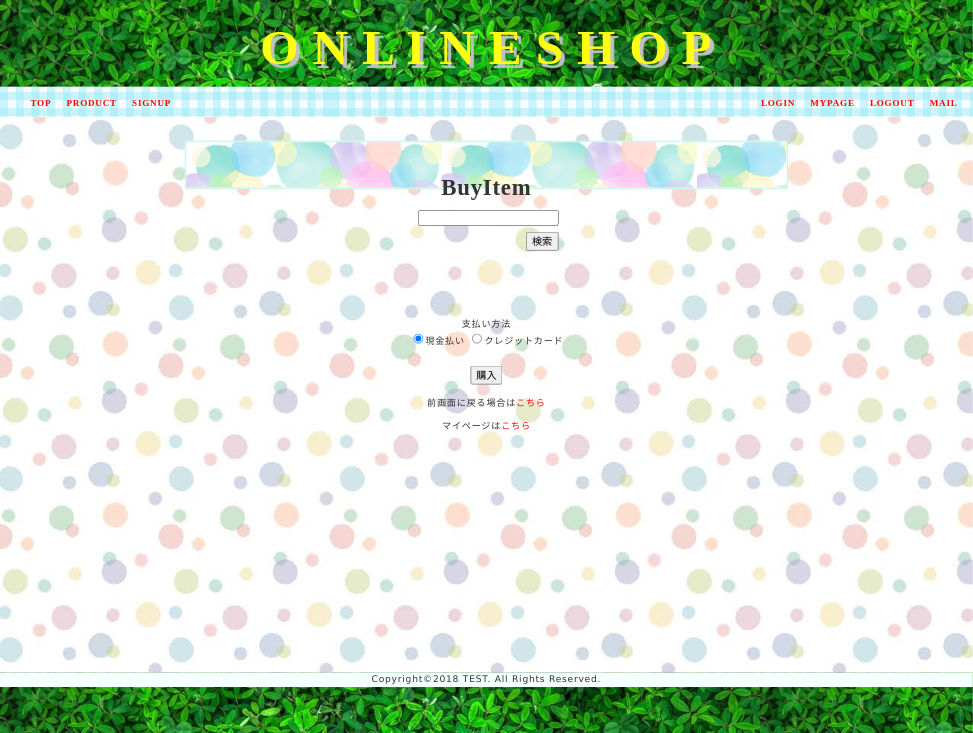
Repository: rt-1217/j2
Page: http://localhost/ecsite01/buyItem.jsp
The author's editor kept a copy of each file at every save. The page is drawn from the files as they stood at one save, then again after a run of saves.
The browser window is 1280 px wide. The pictures show the whole page, at 76% of full size.
Backgrounds fixed to the window are drawn as part of the page. Some web fonts or font styles are not loaded; a fallback is used. The page is served by Tomcat 9. Other server files are loaded and not shown.

Above is the page before, as saved 2018-05-30 06:28:34.

### ecsite01/WebContent/buyItem.jsp
<%@ page language="java" contentType="text/html; charset=UTF-8"
    pageEncoding="UTF-8"%>
    <%@ taglib prefix="s" uri="/struts-tags" %>
<!DOCTYPE html PUBLIC "-//W3C//DTD HTML 4.01 Transitional//EN" "http://www.w3.org/TR/html4/loose.dtd">
<html>
<head>
<meta http-equiv="Content-Type" content="text/html; charset=UTF-8">
<meta http-equiv="Content-Type" content="text/html; charset=utf-8" />
<meta http-equiv="Content-Style-Type" content="text/css" />
<meta http-equiv="Content-Script-Type" content="text/javascript" />
<meta http-equiv="imagetoolbar" content="no" />
<meta name="description" content="" />
<meta name="keywords" content="" />


<!-- CSSの読み込み -->
<link rel="stylesheet" type="text/css" href="./css/basis.css">
<link rel="stylesheet" type="text/css" href="./css/table.css">

<title>BuyItem画面</title>
</head>

<body>
<s:include value="header.jsp"/>

<div id="main">
<div id="top">
<p>BuyItem</p>
</div>

<!-- 商品検索機能 -->
<div>
<s:form action="ItemSearchAction">
<tr>
<td>
<s:textfield name="searchWord" value=""/>
</td>
<td>
<s:submit value="検索"/>
</td></tr>
</s:form>
<s:if test="message !=''">
<h3><s:property value="message" escape="false"/></h3>
</s:if>



<!-- 商品テーブル -->
<table>

<s:form action="BuyItemAction">
<dl class ="dl-list">
<s:iterator value="#session.buyItemDTOList">

<dd class="dd-list">

<img class="image" style="width:230px; height:150px;" src="<s:property value='image_file_path'/>" >
<br>


<h3><s:property value="itemName"/></h3>




<span>値段：</span>

<s:property value="itemPrice" /><span>円</span>

<span>在庫：</span>


<s:if test="item_stock>0">
<s:property value="item_stock"/>
</s:if>
<s:else>
<span>品切れ</span>
</s:else>


<br>



<span>購入個数</span>
<s:if test="item_stock>0">
<select name="count">
<option value="0" selected="selected">0</option>
<option value="1">1</option>
<option value="2">2</option>
<option value="3">3</option>
<option value="4">4</option>
<option value="5">5</option>
</select>
</s:if>
<s:else>
<select name="count">
<option value="0" selected="selected">0</option>


</select></s:else>

</dd>
</s:iterator>
</dl>


<div class="clear"></div>

<div class="pay-push"></div>
<span>支払い方法</span><br>

<input type="radio" name="pay" value="1" checked="checked">現金払い
<input type="radio" name="pay" value="2" >クレジットカード

<br><br>
<s:submit value="購入"/>


</s:form>

</table>

<div>
<p>前画面に戻る場合は<a href='<s:url action="GoHomeAction" />'>こちら</a></p>
<p>マイページは<a href='<s:url action="MyPageAction" />'>こちら</a></p>
</div>




</div>

</div>




<s:include value="footer.jsp"/>









</body>
</html>

### ecsite01/WebContent/header.jsp
<%@ page language="java" contentType="text/html; charset=UTF-8"
    pageEncoding="UTF-8"%>
        <%@ taglib prefix="s" uri="/struts-tags" %>
<!DOCTYPE html PUBLIC "-//W3C//DTD HTML 4.01 Transitional//EN" "http://www.w3.org/TR/html4/loose.dtd">
<html>
<head>
<meta http-equiv="Content-Type" content="text/html; charset=UTF-8">
<meta http-equiv="Content-Style-Type" content="text/css" />
<meta http-equiv="Content-Script-Type" content="text/javascript" />
<meta http-equiv="imagetoolbar" content="no" />
<meta name="description" content="" />
<meta name="keywords" content="" />
<!-- CSSの読み込み -->
<link rel="stylesheet" type="text/css" href="./css/basis.css">
<link rel="stylesheet" type="text/css" href="./css/table.css">
<style>
@import url('https://fonts.googleapis.com/css?family=Press+Start+2P');
</style>
<link href="https://fonts.googleapis.com/css?family=Mystery+Quest" rel="stylesheet">


<title>Header</title>
</head>
<body>


<div id="header">
<div class="header-logo">O N L I N E   S H O P </div>

<div class="top-menu">

<div class="left-list">
<ul class="top-li">
<li><a href='<s:url action="GoHomeAction"/>'>TOP</a></li>
<li><a href='<s:url action="ProductPageAction"/>'>PRODUCT</a></li>
<li><a href='<s:url action="UserCreateAction"/>'>SIGNUP</a></li>
</ul>
</div>

<div class="right-list">
<ul>
<li><a href='<s:url action="GoLoginAction"/>'>LOGIN</a></li>
<li><a href='<s:url action="MyPageAction"/>'>MYPAGE</a></li>
<li><a href='<s:url action="LogoutAction"/>'>LOGOUT</a></li>
<li><a href='<s:url action="InquiryAction"/>'>MAIL</a></li>
</ul>

</div>




</div>

</div>
</body>
</html>

### ecsite01/WebContent/footer.jsp
<%@ page language="java" contentType="text/html; charset=UTF-8"
    pageEncoding="UTF-8"%>
        <%@ taglib prefix="s" uri="/struts-tags" %>
<!DOCTYPE html PUBLIC "-//W3C//DTD HTML 4.01 Transitional//EN" "http://www.w3.org/TR/html4/loose.dtd">
<html>
<head>
<meta http-equiv="Content-Type" content="text/html; charset=UTF-8">
<meta http-equiv="Content-Style-Type" content="text/css" />
<meta http-equiv="Content-Script-Type" content="text/javascript" />
<meta http-equiv="imagetoolbar" content="no" />
<meta name="description" content="" />
<meta name="keywords" content="" />
<!-- CSSの読み込み -->
<link rel="stylesheet" type="text/css" href="./css/basis.css">
<link rel="stylesheet" type="text/css" href="./css/table.css">
<style>
@import url('https://fonts.googleapis.com/css?family=Press+Start+2P');
</style>
<link href="https://fonts.googleapis.com/css?family=Mystery+Quest" rel="stylesheet">
<title>Insert title here</title>
</head>
<body>




<div id="footer">
<div class="fotter-message">
Copyright©2018 TEST. All Rights Reserved.

</div>

</div>

</body>
</html>

### ecsite01/WebContent/css/basis.css
@CHARSET "UTF-8";

/* ========TAG LAYOUT======== */
body {
margin:0;
padding:0;
line-height:1.6;
letter-spacing:1px;
font-family:Verdana, Helvetica, sans-serif;
font-size:12px;
color:#333;
background:#fff;
background-image:url("../image/tama.jpg");
background-attachment: fixed;
/* background-size:contain; */
/* background-repeat: no-repeat; */


}
table {
text-align:center;
margin:0 auto;
}


/* ========ID LAYOUT======== */
#top {
width:780px;
height:50px;
margin:20px auto;
border:2px solid #d0f7ee;
background-image:url("../image/pastel2.jpg");
font-family: 'Mystery Quest', cursive;
font-size:30px;
font-weight: bold;
padding:5px;
}


/*リスト関係*/

ul{
	list-style:none;
}

li {
	font-family: 'Mystery Quest', cursive;
	float:left;
	margin-right:20px;
	font-weight: bolder;
}

/*---------------------------------------------------------------------------------------*/
/*リンク関係*/

/*色の指定*/
a:link { color: #ff0000; }
a:visited { color: #333; }
a:hover { color: #00ff00; background-color:rgba(230,200,193,0.5)}
a:active { color: #00ffff; }


/*リンクの下線を消す*/
a{
	text-decoration: none;
}

input#submit_button {
    padding: 15px 40px;
    font-size: 7em;
}




/*--------------------------------------------------------------------------*/
/*ヘッダー*/
#header {
width: 100%;
height: 100px;
top:0;
left:0;
/* position: fixed; */
margin-bottom:50px;
padding-bottom:15px;
/* background-color: black; */
background-image:url("../image/green.jpg");
}

/*サイトロゴ*/
.header-logo{
/* 	font-family: 'Press Start 2P', cursive; */
font-family: 'Mystery Quest', cursive;
	margin-bottm:20px;
	text-align:center;
	font-size:65px;
	padding-top:10px;
	color:#ffff11;
	font-weight:900;
	text-shadow: 5px 5px 1px #c0c0c0;
}

/*上部メニューリスト*/
.top-menu{
	height:40px;
	background-image:url("../image/mizuiro.jpg");
	width:auto;

}
.left-list{
	float:left;
}

.right-list{
	float:right;
}





/*--------------------------------------------------------------------------*/

#main {
width: 100%;
height: auto;
text-align: center;
display: flex;
  flex-direction: column;
  min-height: 100vh;
}


/*--------------------------------------------------------------------------*/
/*フッター*/

#footer {
width: 100%;
height: 80px;
background-color: black;
clear:both;
background-image:url("../image/green.jpg");
margin-top: auto;
position; absolute;
bottom:0;
}

.fotter-message{
	text-align:center;
	background:rgba(246, 255, 255, 1);
}


/*--------------------------------------------------------------------------*/
.red{
	color:red;
}
/*floatの解除*/
.clear{
	clear:both;
}

.pay-push{
	margin-top:70px;
}

### ecsite01/WebContent/css/table.css
@CHARSET "UTF-8";

.item-table{
	text-align:center;

}


.dl-list{
	margin:0px;
	padding:0px;
/* 	width:100%; */
}

.dd-list{
	width:31%;
	display:inline-block;
	background-image:url("../image/kicheck.jpg");
	background-color: rgba(226, 255, 225, 0.2);
 	font-size: 12px;
 	float:left;
	margin:0;
	padding:15px 0px;
	margin-left:2%;
	margin-bottom:20px;
}
.dd-list:last-child {
	margin-right: 0;
}

.button{
	margin:0 auto;
	text-align:center;
	width:100px;
	height:100px;
	 position: relative;
    display: inline-block;
    padding: 0.25em 0.5em;
    text-decoration: none;
    color: #FFF;
    background: #fd9535;/*色*/
    border-radius: 4px;/*角の丸み*/
    box-shadow: inset 0 2px 0 rgba(255,255,255,0.2), inset 0 -2px 0 rgba(0, 0, 0, 0.05);
    font-weight: bold;
    border: solid 2px #d27d00;/*線色*/

}

After the next 2 saves:
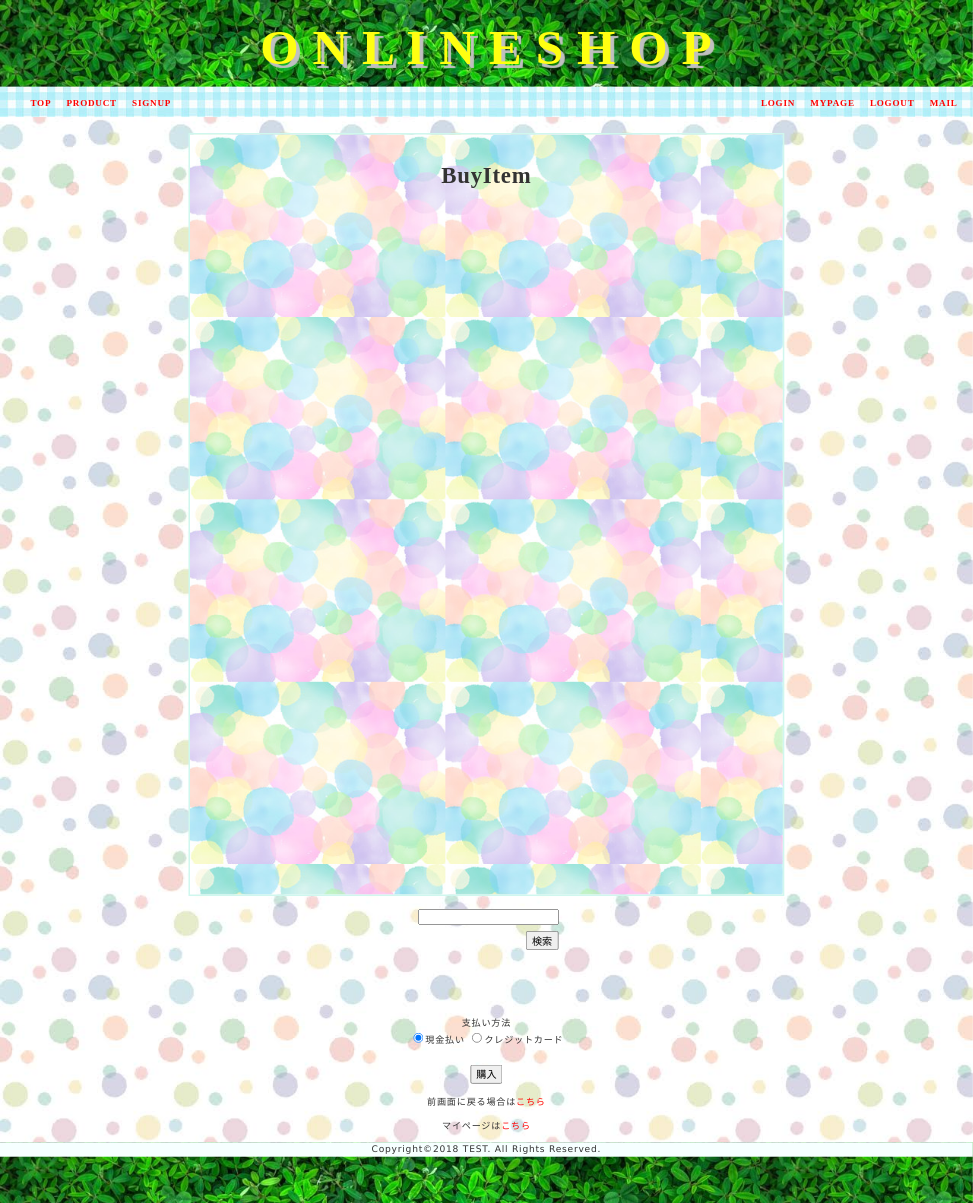
The 2 saves are shown as one change because they came seconds apart.
The last was saved 35 s later.
--- a/ecsite01/WebContent/css/basis.css
+++ b/ecsite01/WebContent/css/basis.css
@@ -26,14 +26,14 @@ margin:0 auto;
 /* ========ID LAYOUT======== */
 #top {
 width:780px;
-height:50px;
-margin:20px auto;
+height:1000px;
+margin:10px auto;
 border:2px solid #d0f7ee;
 background-image:url("../image/pastel2.jpg");
 font-family: 'Mystery Quest', cursive;
 font-size:30px;
 font-weight: bold;
-padding:5px;
+
 }
 
 
